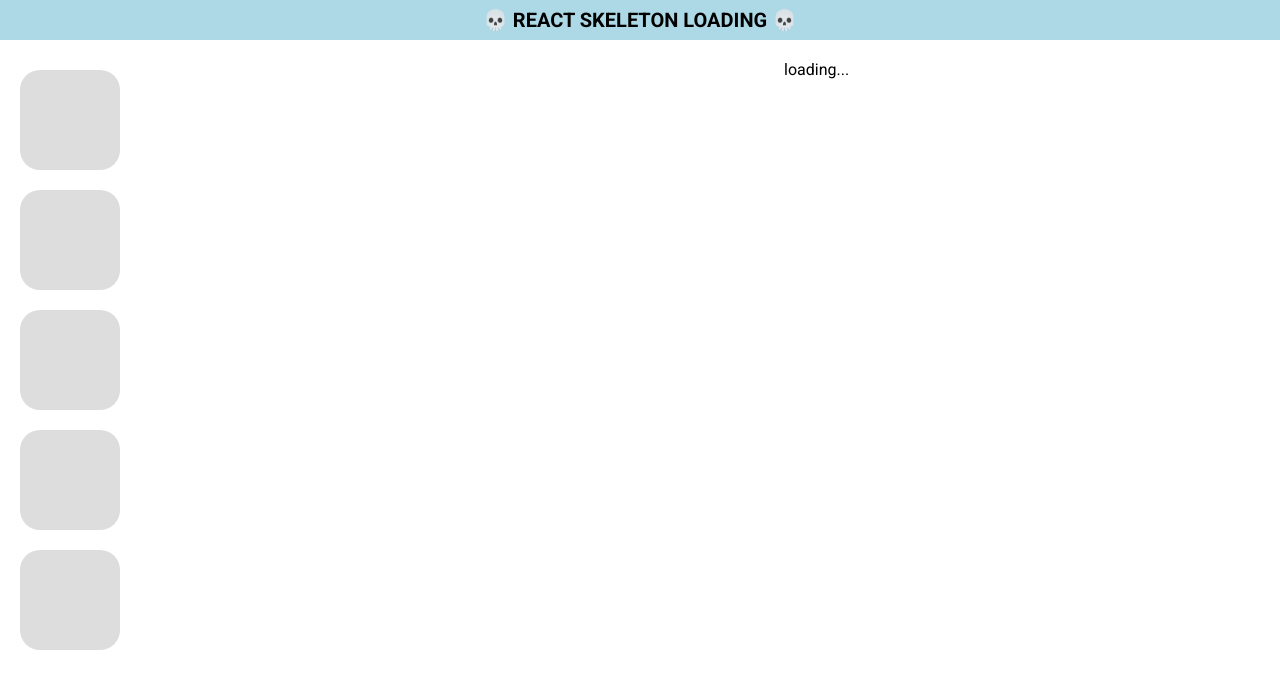
Repository: ethanJones21/React-Skeleton-Loading
Page: /
These files come from the project's save history. The page is drawn as it stood at one moment and after the next save; the edit follows.
The browser window is 1280 px wide. The pictures show the whole page.
The page's requests for data from a server got no answer. The project was rebuilt for these pictures with package versions that can differ from the ones it lists, and the page was loaded fresh each time. No one was signed in, and anything a server would have sent is missing. Also part of the build but not shown: src/components/Post.css, src/components/Post.js.

Above is the page before, as saved 2020-11-26 03:16:31.

### public/index.html
<!DOCTYPE html>
<html lang="en">
  <head>
    <meta charset="utf-8" />
    <link rel="icon" href="%PUBLIC_URL%/favicon.ico" />
    <meta name="viewport" content="width=device-width, initial-scale=1" />
    <meta name="theme-color" content="#000000" />
    <meta name="description" content="React skeleton loading" />
    <link rel="preconnect" href="https://fonts.gstatic.com" />
    <link
      href="https://fonts.googleapis.com/css2?family=Roboto:wght@100;300;400;500;700;900&display=swap"
      rel="stylesheet"
    />
    <title>React Skeleton</title>
  </head>
  <body>
    <noscript>You need to enable JavaScript to run this app.</noscript>
    <div id="root"></div>
  </body>
</html>

### src/App.js
import './App.css';
import Header from './components/Header';
import Posts from './components/Posts';
import User from './components/User';

function App() {
  return (
    <div className="app">
      <Header/>

      <div className="appContainer">
        <Posts/>
        <User/>
      </div>
    </div>
  );
}

export default App;

### src/App.css
*{
    margin: 0;
    font-family: 'Roboto', sans-serif;
}
.appContainer{
    display: flex;
    padding: 20px;
    align-items: start;
}

### src/components/Header.js
import React from 'react';
import "./Header.css"

const Header = () => {
    return (
        <div className="header">
            <span>💀 REACT SKELETON LOADING 💀 </span>
        </div>
    );
};

export default Header;

### src/components/Posts.js
import React, { useEffect, useState } from "react";
import Post from "./Post";
import "./Posts.css";
import { photos } from "../photos";
import PostSkeleton from "../skeleton/PostSkeleton";

const Posts = () => {
  const [postArray, setPostArray] = useState([]);

  useEffect(() => {
    setTimeout(() => {
      const fetchPosts = async () => {
        const res = await fetch("https://jsonplaceholder.typicode.com/posts");
        const data = await res.json();
        setPostArray(data.slice(0, 10));
      };
      fetchPosts();
    }, 1000);
  }, []);

  return (
    <div className="posts">
      {postArray.length > 0
        ? postArray.map((post) => (
            <Post
              key={post.id}
              post={{ ...post, photo: photos[post.id - 1] }}
            />
          ))
        : [1, 2, 3, 4, 5].map((item) => <PostSkeleton />)}
    </div>
  );
};

export default Posts;

### src/components/User.js
import React, { useState, useEffect } from "react";
import "./User.css";
import {photos} from "../photos"

const User = () => {
  const [user, setUser] = useState(null);

  useEffect(() => {
    setTimeout(() => {
      const fetchUser = async () => {
        const res = await fetch("https://jsonplaceholder.typicode.com/users");
        const data = await res.json();
        setUser(data[0]);
      };
      fetchUser();
    }, 1000);
  }, []);

  return (
    <div className="user">
      {user !== null ? (
        <>
          <div className="userPhoto">
            <img
              className="userPhotoImg"
              src={photos[9]}
              alt="avatar"
            />
          </div>
          <div className="userInfo">
            <span className="userInfoText">
              <b>{user.name}</b>
            </span>
            <span className="userInfoText">{user.email}</span>
            <span className="userInfoText">{user.address.street}</span>
          </div>
          <button className="writeButton">Write a Story</button>
        </>
      ) : (
        <span>loading...</span>
      )}
    </div>
  );
};

export default User;

### src/components/Header.css
.header{
    display: flex;
    align-items: center;
    justify-content: center;
    height: 40px;
    width: 100%;
    background-color: lightblue;
    font-weight: 600;
    font-size: 20px;
}

### src/components/Posts.css
.posts{
    flex: 0.6;
    padding-right: 50px;
}

### src/photos.js
export const photos = [
  "https://images.pexels.com/photos/789296/pexels-photo-789296.jpeg?auto=compress&cs=tinysrgb&dpr=2&w=500",
  "https://images.pexels.com/photos/3772771/pexels-photo-3772771.jpeg?auto=compress&cs=tinysrgb&dpr=2&w=500",
  "https://images.pexels.com/photos/3059745/pexels-photo-3059745.jpeg?auto=compress&cs=tinysrgb&dpr=2&w=500",
  "https://images.pexels.com/photos/2896840/pexels-photo-2896840.jpeg?auto=compress&cs=tinysrgb&dpr=2&w=500",
  "https://images.pexels.com/photos/3155588/pexels-photo-3155588.jpeg?auto=compress&cs=tinysrgb&dpr=2&w=500",
  "https://images.pexels.com/photos/936019/pexels-photo-936019.jpeg?auto=compress&cs=tinysrgb&dpr=2&w=500",
  "https://images.pexels.com/photos/1071162/pexels-photo-1071162.jpeg?auto=compress&cs=tinysrgb&dpr=2&w=500",
  "https://images.pexels.com/photos/3147528/pexels-photo-3147528.jpeg?auto=compress&cs=tinysrgb&dpr=2&w=500",
  "https://images.pexels.com/photos/3541389/pexels-photo-3541389.jpeg?auto=compress&cs=tinysrgb&dpr=2&w=500",
  "https://images.pexels.com/photos/1680172/pexels-photo-1680172.jpeg?auto=compress&cs=tinysrgb&dpr=2&w=500",
];

### src/skeleton/PostSkeleton.js
import React from "react";
import "./PostSkeleton.css";
import Skeleton from "./Skeleton";

const PostSkeleton = () => {
  return (
    <div className="postSkeleton">
      <Skeleton type="avatar" />
      <div className="postSkeletonRight">
        <Skeleton type="title" />
        <Skeleton type="text" />
        <Skeleton type="text" />
        <Skeleton type="text" />
      </div>
    </div>
  );
};

export default PostSkeleton;

### src/components/User.css
.user {
  flex: 0.4;
  display: flex;
  align-items: center;
}

.userPhotoImg {
  width: 60px;
  height: 60px;
  border-radius: 50%;
  margin-right: 20px;
  object-fit: cover;
}

.userInfo{
    display: flex;
    flex-direction: column;
}

.writeButton{
    padding: 10px;
    border: none;
    margin-left: 20px;
    border-radius: 10px;
    cursor: pointer;
}

.writeButton:focus{
    outline: none;
}

### src/skeleton/PostSkeleton.css
.postSkeleton{
    display: flex;
    align-items: center;
}

### src/skeleton/Skeleton.js
import React from "react";
import "./Skeleton.css"

const Skeleton = ({ type }) => {
  return <div className={`skeleton ${type}`}></div>;
};

export default Skeleton;

### src/skeleton/Skeleton.css
.skeleton {
  background: #ddd;
  overflow: hidden;
  margin: 10px 0;
  border-radius: 4px;
}

.skeleton.text {
  width: 100%;
  height: 12px;
}

.skeleton.title {
  width: 50%;
  height: 20px;
  margin-bottom: 15px;
}

.skeleton.avatar {
  width: 100px;
  height: 100px;
  border-radius: 20%;
}

.skeleton.userAvatar {
  width: 100px;
  height: 100px;
  border-radius: 50%;
}

Loaded but not shown: src/index.js (common file)

After the next save:
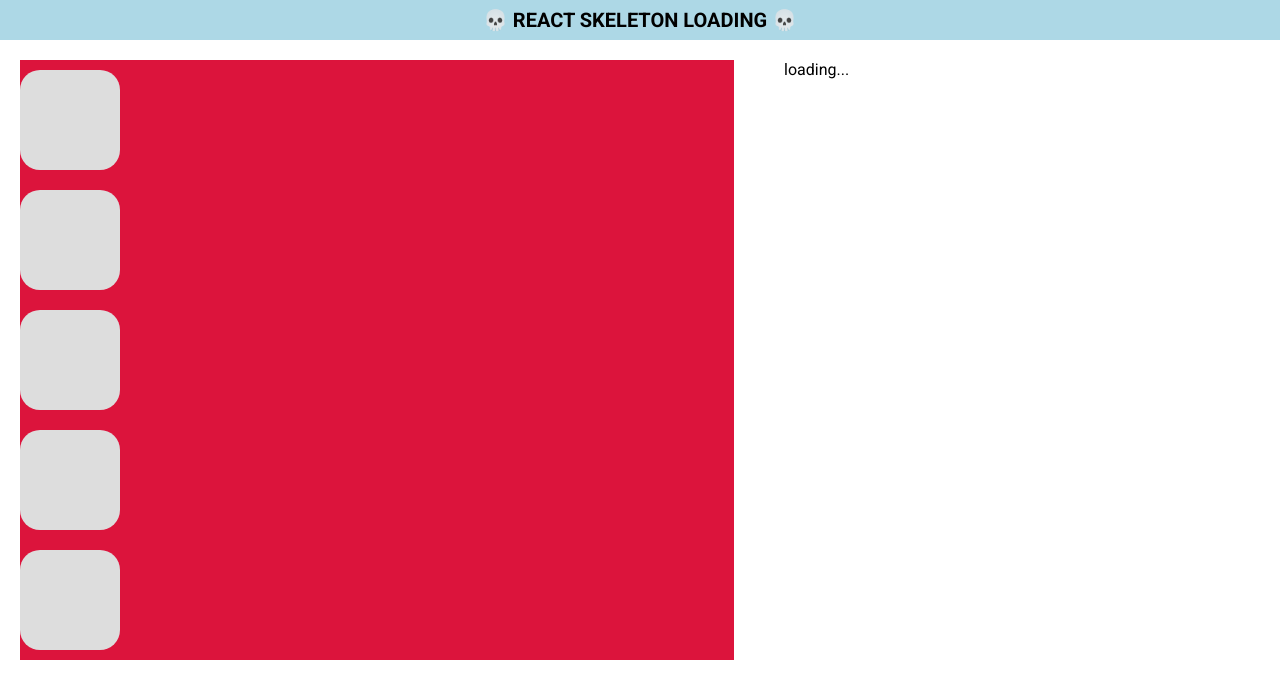
Saved 53 s later.
--- a/src/skeleton/PostSkeleton.css
+++ b/src/skeleton/PostSkeleton.css
@@ -1,4 +1,5 @@
 .postSkeleton{
     display: flex;
     align-items: center;
+    background-color: crimson;
 }

After the 2 saves that followed:
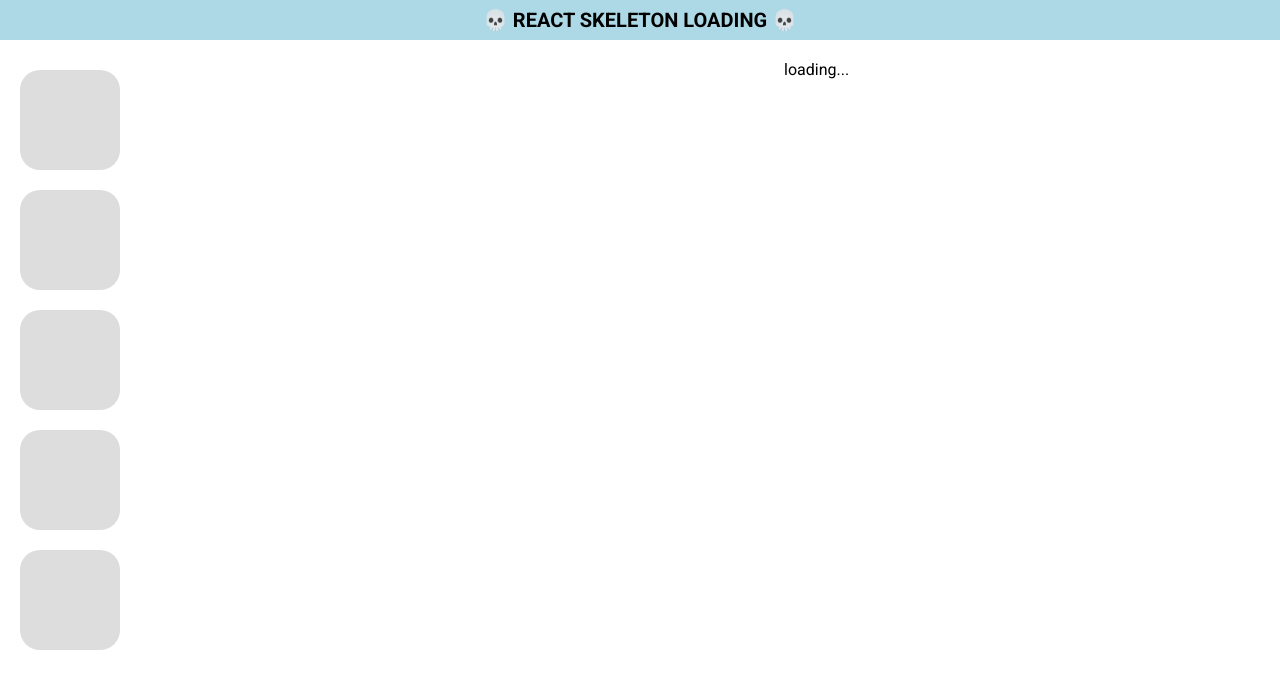
The 2 saves are shown as one change because they came seconds apart.
The last was saved 10 s later.
--- a/src/skeleton/PostSkeleton.css
+++ b/src/skeleton/PostSkeleton.css
@@ -1,5 +1,4 @@
-.postSkeleton{
-    display: flex;
-    align-items: center;
-    background-color: crimson;
+.postSkeleton {
+  display: flex;
+  align-items: center;
 }
